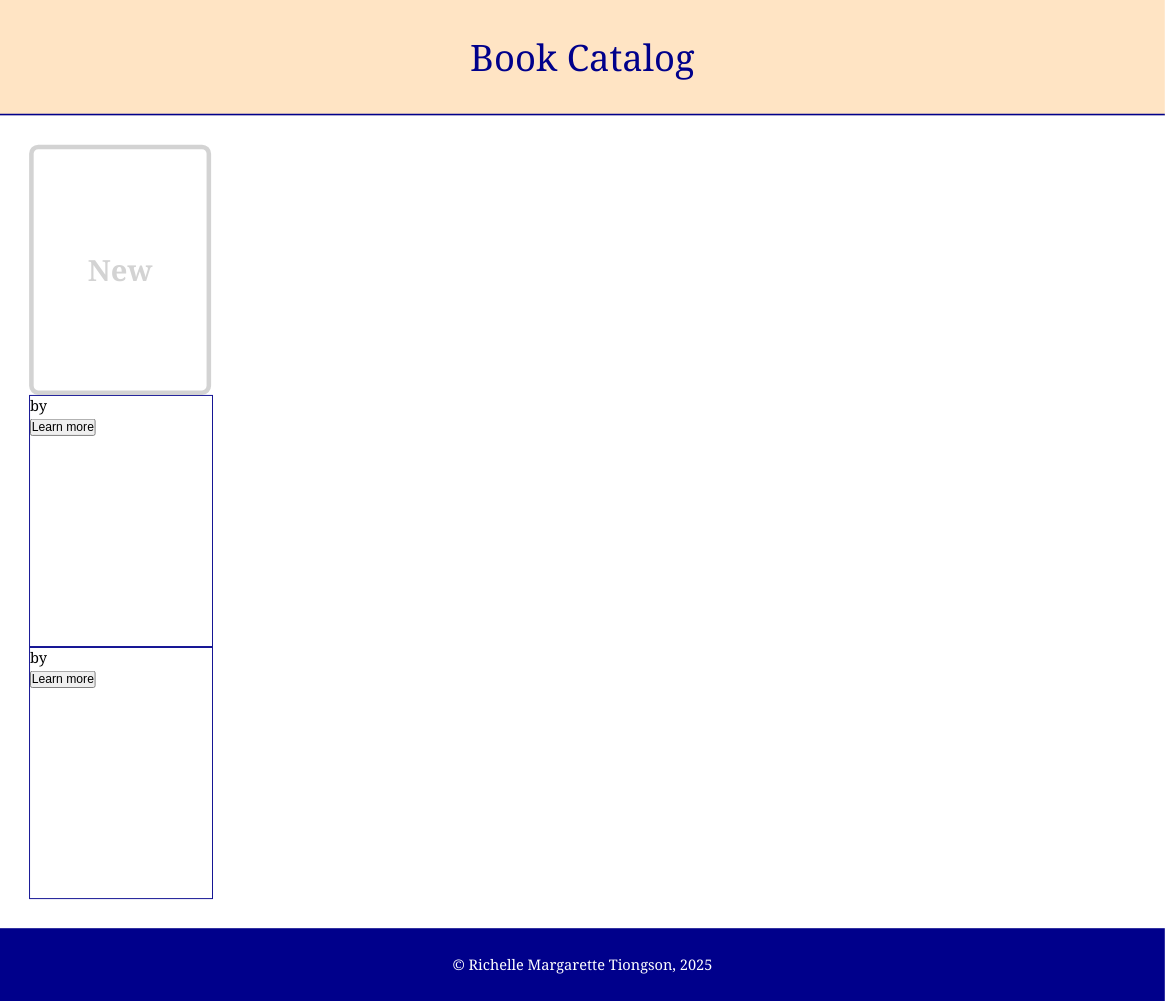
Repository: richelletiongson/comp3170_lab01
Page: /
These files come from the project's save history. The page is drawn as it stood at one moment and after the next save; the edit follows.
The browser window is 1280 px wide. The pictures show the whole page, at 91% of full size.
The project was rebuilt for these pictures with package versions that can differ from the ones it lists, and the page was loaded fresh each time. Also part of the build but not shown: vite.config.js.

Above is the page before, as saved 2025-09-14 00:16:14.

After the next save:
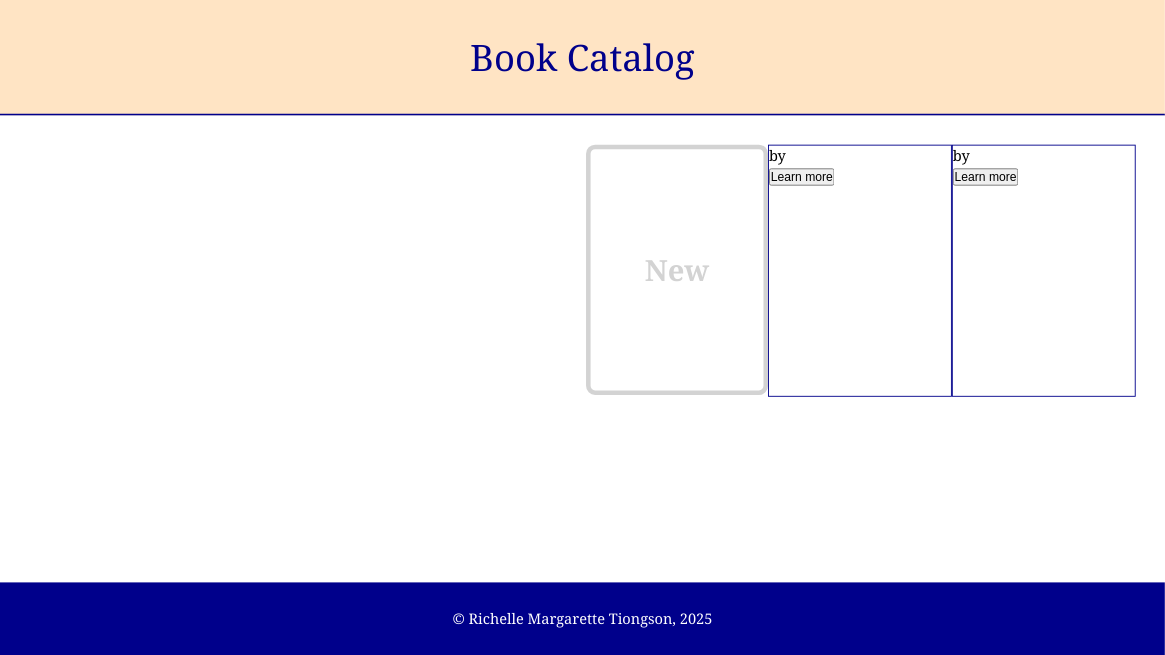
Saved 43 s later.
--- a/src/index.css
+++ b/src/index.css
@@ -57,6 +57,12 @@ body {
   padding: 2rem;
 }
 
+.content {
+  display: flex;
+  flex-direction: row;
+  justify-content: right;
+}
+
 .footer {
   background-color: darkblue;
   height: 80px;
